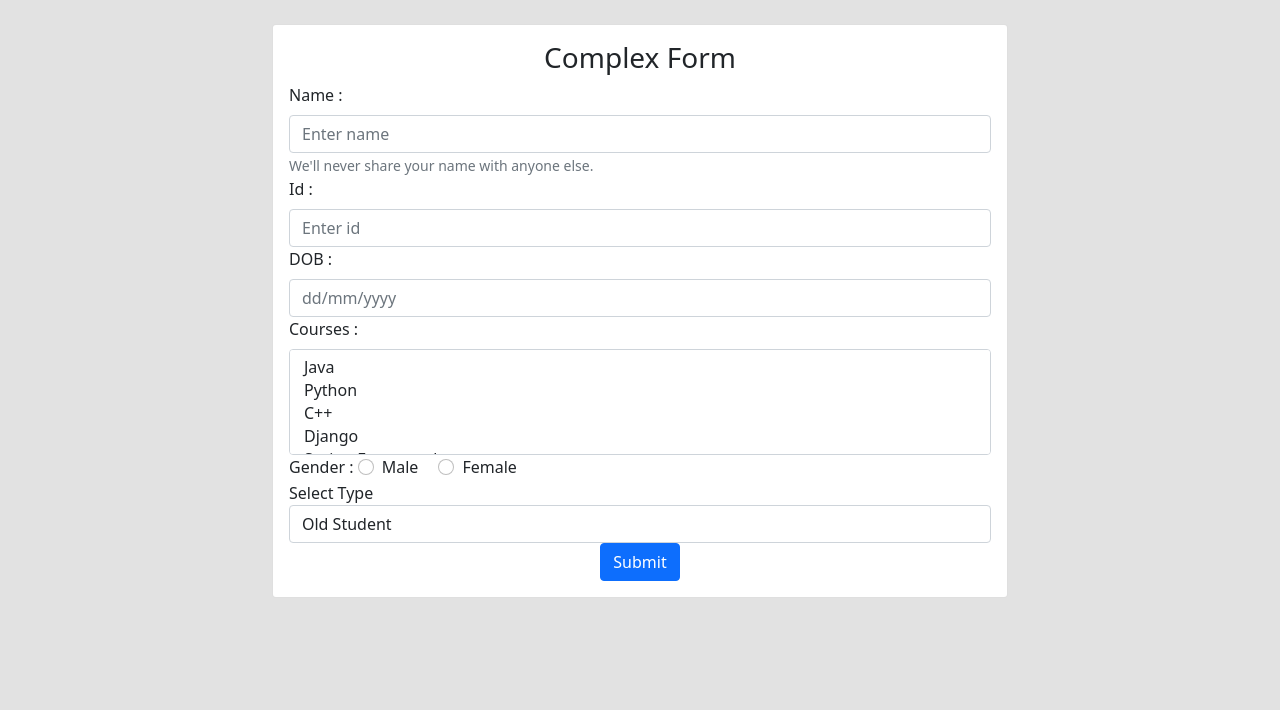
Repository: urvashimalviya/crudDemo
Page: http://localhost/SearchProject/WEB-INF/views/complex_form.jsp
The author's editor kept a copy of each file at every save. The page is drawn from the files as they stood at one save, then again after the next save.
The browser window is 1280 px wide. The pictures show the whole page.
The page is served by Tomcat 9. Nobody is signed in. Other server files are loaded and not shown. The template is opened directly, without the code that normally fills it, so the values that code supplies are empty.

Above is the page before, as saved 2021-08-18 09:52:29.

### SearchProject/src/main/webapp/WEB-INF/views/complex_form.jsp
<%@ page language="java" contentType="text/html; charset=ISO-8859-1"
	pageEncoding="ISO-8859-1"%>
<!doctype html>
<html lang="en">
<head>
<!-- Required meta tags -->
<meta charset="utf-8">
<meta name="viewport" content="width=device-width, initial-scale=1"
	"shrink-to-fit=no">

<!-- Bootstrap CSS -->
<link rel="stylesheet"
	href="https://cdn.jsdelivr.net/npm/bootstrap@5.1.0/dist/css/bootstrap.min.css"
	integrity="sha384-KyZXEAg3QhqLMpG8r+8fhAXLRk2vvoC2f3B09zVXn8CA5QIVfZOJ3BCsw2P0p/We"
	crossorigin="anonymous">

<title>Hello, world!</title>
</head>
<body class="" style="background: #e2e2e2;">


	<div class="container mt-4">


		<div class="row">

			<div class="col-md-8 offset-md-2">
				<div class="card">
					<div class="card-body">
						<h3 class="text-center">Complex Form</h3>
						<form action="handleform" method="post">

							<div class="form-group">
								<label for="exampleInputEmail1" class="form-label">Name
									:</label> <input type="text" name="name" class="form-control"
									id="exampleInputEmail1" aria-describedby="emailHelp"
									placeholder="Enter name"> <small id="emailHelp"
									class="form-text text-muted">We'll never share your
									name with anyone else.</small>
							</div>
							<div class="form-group">

								<label for="exampleInputEmail1" class="form-label">Id :</label>
								<input type="text" name="id" class="form-control"
									id="exampleInputEmail1" aria-describedby="emailHelp"
								  	placeholder="Enter id">
							</div>
							<div class="form-group">
								<label for="exampleInputEmail1" class="form-label">DOB :</label>
								<input type="text" name="date" class="form-control"
									id="exampleInputEmail1" aria-describedby="emailHelp"
									placeholder="dd/mm/yyyy">
							</div>

							<div class="form-group">
								<label for="exampleInputEmail1" class="form-label">Courses
									:</label> <select name="courses" class="form-control"
									id="exampleFormControlSelect1" multiple>

									<option>Java</option>
									<option>Python</option>
									<option>C++</option>
									<option>Django</option>
									<option>Spring Framework</option>
								</select>
							</div>

							<div class="form-group">
								<span class="mr-3">Gender :</span>
								<div class="form-check form-check-inline">
									<input class="form-check-input" type="radio" name="gender"
										id="inlineRadio1" value="male"> <label
										class="form-check-label" for="inlineRadio1">Male</label>
								</div>
								<div class="form-check form-check-inline">
									<input class="form-check-input" type="radio" name="gender"
										id="inlineRadio2" value="female"> <label
										class="form-check-label" for="inlineRadio2">Female</label>
								</div>

							</div>

							<div class="form-group">
								<label for="">Select Type </label> <select class="form-control"
									name="type">
									<option value="oldStudent">Old Student</option>
									<option value="normalStudent">Normal Student</option>
								</select>
							</div>

							<div class="container text-center">
								<button type="submit" class="btn btn-primary">Submit</button>

							</div>

						</form>
					</div>
				</div>

			</div>

		</div>
	</div>

	<!-- Optional JavaScript; choose one of the two! -->

	<!-- Option 1: Bootstrap Bundle with Popper -->
	<script
		src="https://cdn.jsdelivr.net/npm/bootstrap@5.1.0/dist/js/bootstrap.bundle.min.js"
		integrity="sha384-U1DAWAznBHeqEIlVSCgzq+c9gqGAJn5c/t99JyeKa9xxaYpSvHU5awsuZVVFIhvj"
		crossorigin="anonymous"></script>

	<!-- Option 2: Separate Popper and Bootstrap JS -->
	<!--
    <script src="https://cdn.jsdelivr.net/npm/@popperjs/core@2.9.3/dist/umd/popper.min.js" integrity="sha384-eMNCOe7tC1doHpGoWe/6oMVemdAVTMs2xqW4mwXrXsW0L84Iytr2wi5v2QjrP/xp" crossorigin="anonymous"></script>
    <script src="https://cdn.jsdelivr.net/npm/bootstrap@5.1.0/dist/js/bootstrap.min.js" integrity="sha384-cn7l7gDp0eyniUwwAZgrzD06kc/tftFf19TOAs2zVinnD/C7E91j9yyk5//jjpt/" crossorigin="anonymous"></script>
    -->
</body>
</html>

After the next save:
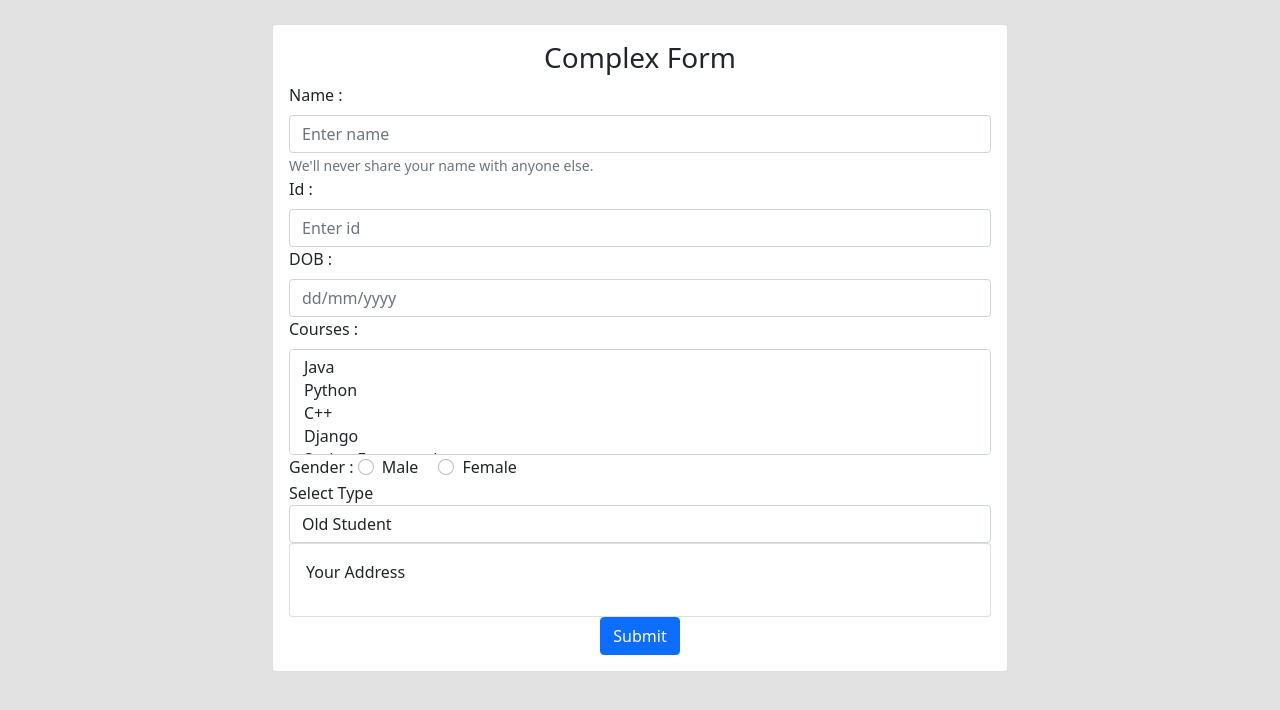
Saved 2 min 56 s later.
--- a/SearchProject/src/main/webapp/WEB-INF/views/complex_form.jsp
+++ b/SearchProject/src/main/webapp/WEB-INF/views/complex_form.jsp
@@ -43,7 +43,7 @@
 								<label for="exampleInputEmail1" class="form-label">Id :</label>
 								<input type="text" name="id" class="form-control"
 									id="exampleInputEmail1" aria-describedby="emailHelp"
-								  	placeholder="Enter id">
+									placeholder="Enter id">
 							</div>
 							<div class="form-group">
 								<label for="exampleInputEmail1" class="form-label">DOB :</label>
@@ -87,6 +87,13 @@
 									<option value="normalStudent">Normal Student</option>
 								</select>
 							</div>
+							<div class="card">
+								<div class="card-body">
+								<p>Your Address</p>
+
+								</div>
+
+							</div>
 
 							<div class="container text-center">
 								<button type="submit" class="btn btn-primary">Submit</button>
